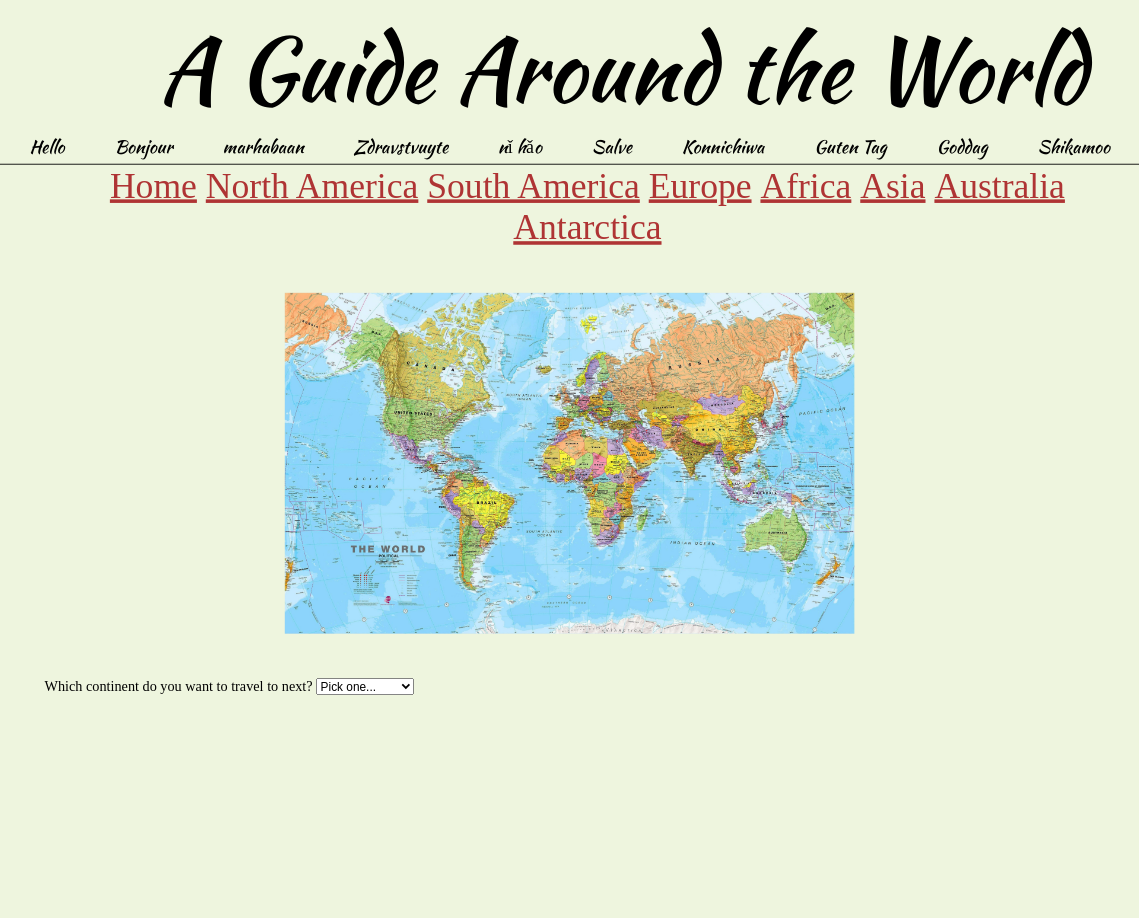
Repository: alharama/StaticWebsite
Page: index.html
These files come from the project's save history. The page is drawn as it stood at one moment and after the next save; the edit follows.
The browser window is 1280 px wide. The pictures show the whole page, at 89% of full size.

Above is the page before, as saved 2021-09-30 00:58:10.

### index.html
<!DOCTYPE html>
<html lang="en">
<head>

    <link rel = "stylesheet" type="text/css" href="StyleSheet.css">
    <link rel="icon" href="World.ico">

    <title> A Guide Around the World</title>

    <style>

        @import url('https://fonts.googleapis.com/css2?family=Kaushan+Script&display=swap');

        #worldmap {
            display: block;
            margin-left: auto;
            margin-right: auto;
            margin-top: 50px;
            width: 50%;

        }

        @keyframes slidein {
            0% {
                margin-left: 0%;
            }
            50% {
                margin-left: 200px;
            }
            100% {
                margin-right: 0%;
            }
        }

        @media screen and (max-width: 1024px) {
            header {
                width: 100%;
            }
        }
        @media screen and (max-width: 480px) {
            header {
                width: 100%;
            }
        }

        #home_title {
            animation-duration: 8s;
            animation-name: slidein;
            animation-iteration-count: infinite;
        }



    </style>

</head>

<body>
    <header>
        <div id="home_title">A Guide Around the World</div>


        <div id="languages">
            <span>Hello</span>
            <span>Bonjour</span>
            <span>marhabaan</span>
            <span>Zdravstvuyte</span>
            <span>nǐ hǎo</span>
            <span>Salve</span>
            <span>Konnichiwa</span>
            <span>Guten Tag</span>
            <span>Goddag</span>
            <span>Shikamoo</span>
        </div>
    </header>


        <nav class="top_nav">
            <ul id="top_nav">
                <li><a href="/index.html">Home</a></li>
                <li><a href="/na_page.html">North America</a></li>
                <li><a href="/sa_page.html">South America</a></li>
                <li><a href="/eu_page.html">Europe</a></li>
                <li><a href="/af_page.html">Africa</a></li>
                <li><a href="/as_page.html">Asia</a></li>
                <li><a href="/au_page.html">Australia</a></li>
                <li><a href="/ant_page.html">Antarctica</a></li>
            </ul>
        </nav>

        <img id="worldmap" src="images/world_map.jpeg" alt="Map of World">






        <div id="survey">

            Which continent do you want to travel to next?
            <select>
                <option>Pick one...</option>
                <option>North America</option>
                <option>South America</option>
                <option>Asia</option>
                <option>Africa</option>
                <option>Europe</option>
                <option>Australia</option>
                <option>Antarctica</option>
            </select>

        </div>



    </body>

</html>

### StyleSheet.css

 @import url('https://fonts.googleapis.com/css2?family=Kaushan+Script&display=swap');



 header {
    text-align: center;
    padding: 5px;
    font-family: 'Kaushan Script', cursive;
    font-size: 100px;
    border-bottom: 1px solid;

}

body{
    background: rgb(238, 245, 222);
    margin: 0px;
    padding-bottom: 200px;
}

.top_nav {
    width: 100%;
    font-size: 40px;
    text-align: center;
    color: red;

}

.top_nav ul {
    margin: 0px;
    color: blue;
}

.top_nav li {
    display: inline-block;

}

.top_nav a {
    text-decoration:underline;
    color: rgb(175, 52, 52);

}

.top_nav a:hover {
    background-color: lightgray;
}


#languages{

    display: flex;
    font-size: 20px;
    justify-content:space-around;
}



 h1 {
    text-align: center;
    font-family: 'Kaushan Script', cursive;
}

.tourist_spots {
    text-align: center;
}
.tourist_spots li {
    list-style: none;
    text-align: center;
    font-size: 50px;

}


#dest {
    width: 400px;
    height: 300px;
    padding: 50px;
}

#other_dest_header {
    font-size: 50px;
}
.extra_destinations li{
    font-size: 20px;
}

#survey {
    margin: 50px;
}

After the next save:
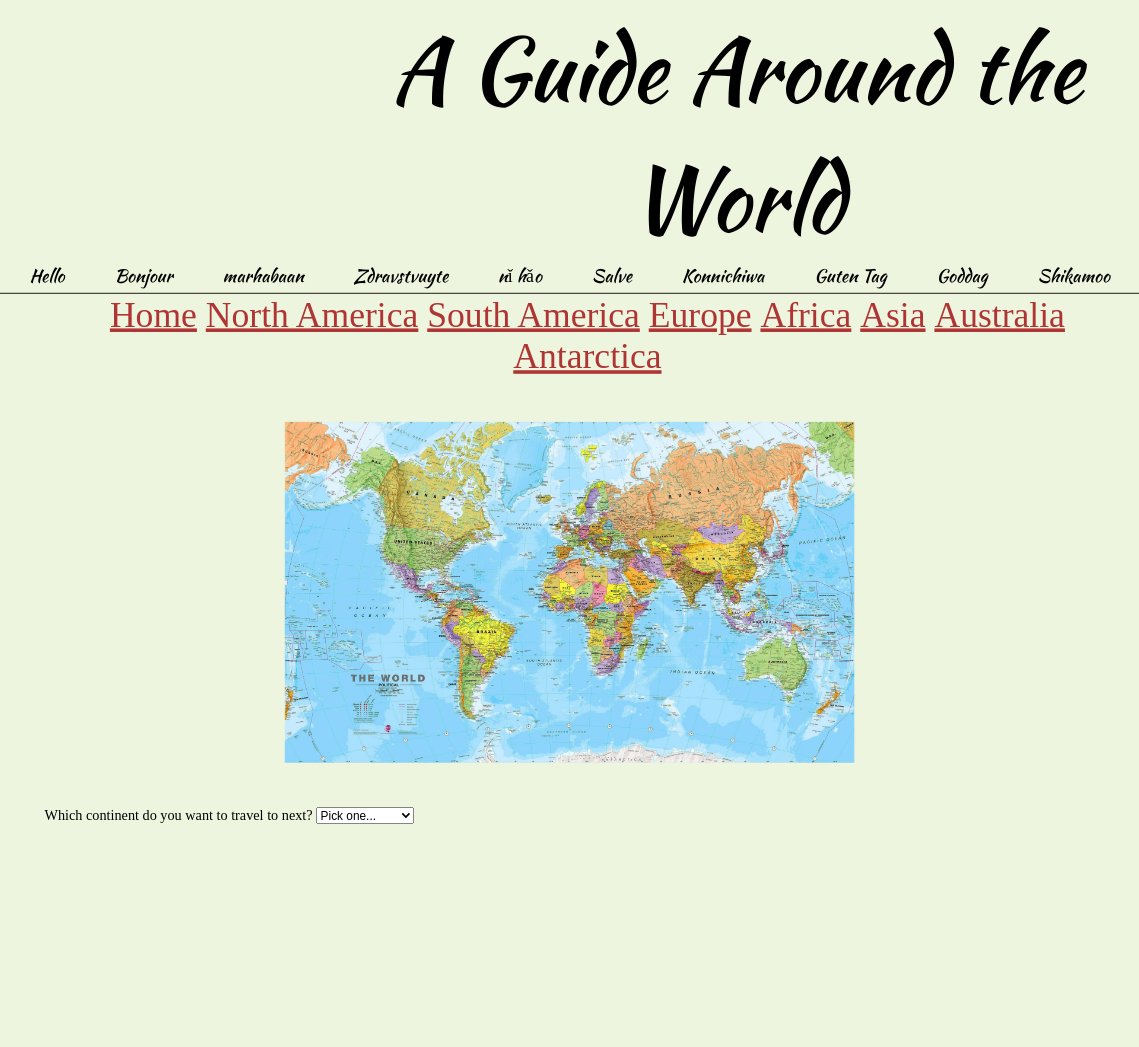
Saved 44 s later.
--- a/index.html
+++ b/index.html
@@ -25,7 +25,7 @@
                 margin-left: 0%;
             }
             50% {
-                margin-left: 200px;
+                margin-left: 50%;
             }
             100% {
                 margin-right: 0%;

After the save that followed:
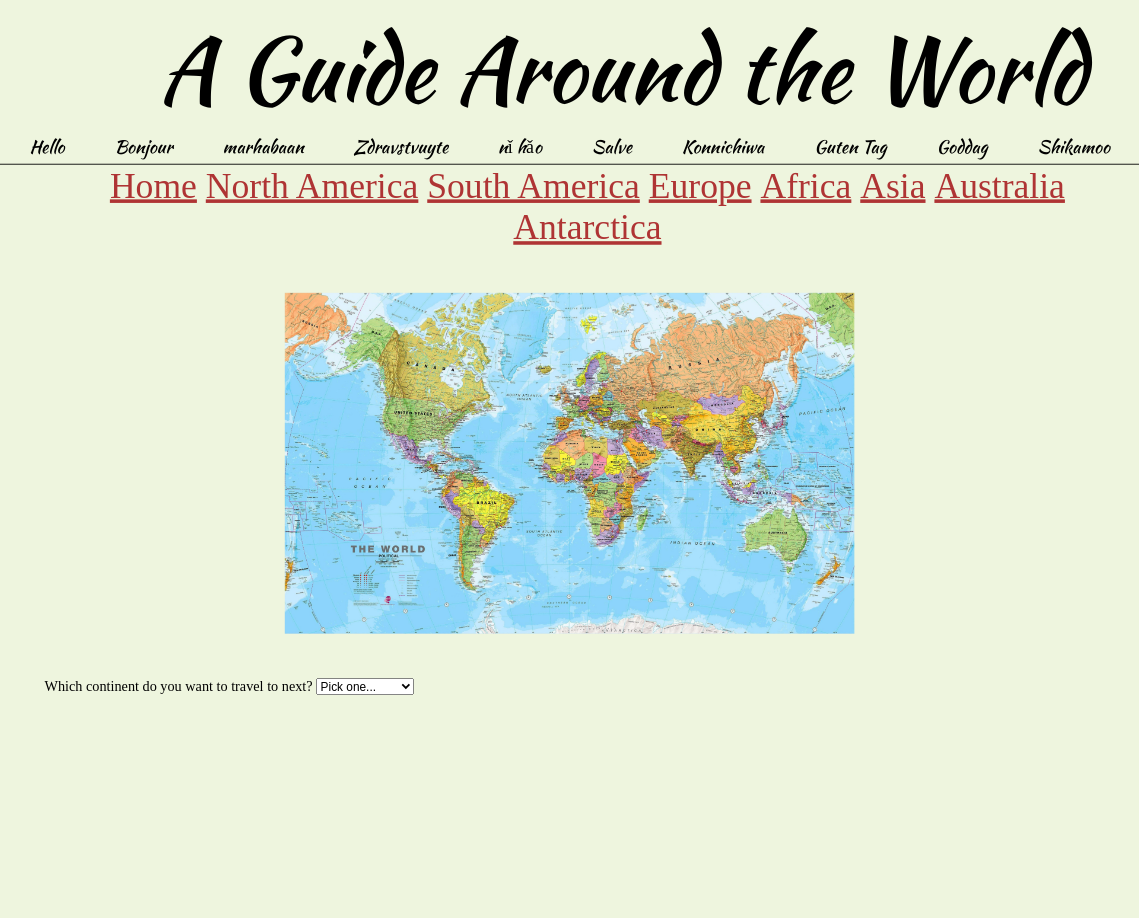
Saved 11 s later.
--- a/index.html
+++ b/index.html
@@ -25,7 +25,7 @@
                 margin-left: 0%;
             }
             50% {
-                margin-left: 50%;
+                margin-left: 200px;
             }
             100% {
                 margin-right: 0%;
